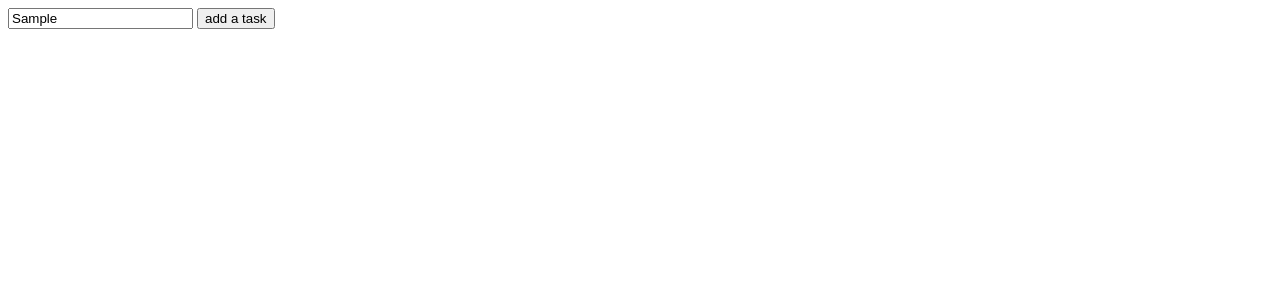
Repository: tanayburbure/Todo-application
Page: index.html
The author's editor kept a copy of each file at every save. The page is drawn from the files as they stood at one save, then again after the next save.
The browser window is 1280 px wide. The pictures show the whole page.
Empty fields were first filled with sample values (such as "Sample", 5 or name@example.com).
After loading, the first visible `button` was clicked once.

Above is the page before, as saved 2025-10-24 19:19:22.
Console error: ReferenceError: div is not defined

### index.html
<!DOCTYPE html>
<html lang="en">
<head>
    <meta charset="UTF-8">
    <meta name="viewport" content="width=device-width, initial-scale=1.0">
    <title>Document</title>
</head>
<body>
    <input type="text" placeholder="add task"/>
    <button onclick="addtodo()" >add a task</button>

    <script src="script.js"></script>
</body>
</html>

### script.js
// let ctr = 0;
// function callback(){
//     document.querySelectorAll("h4")[1].innerHTML = ctr;
//     const el = document.querySelectorAll("h4")[1];
//     el.innerHTML = ctr;
//     ctr = ctr + 1;
// }
// // setInterval(callback,1000)

// function deleterandometodo(){
//     const element = document.querySelector("h4");
//     const parentelement = element.parentElement;
//     parentelement.removeChild(element)
// }

// function addTodo(){
//     const divEL = document.createElement("div");
//     divEL.innerHTML = "Hiiiiiiiiiiiii thereeeeeeee";
//     const parentEL = document.querySelector("body");
//     parentEL.appendChild(divEL);
// }


// let ctr = 1


// function addtodo(){

//     const inputEL = document.querySelector("input")
//     const value = inputEL.value

//     const newDivEL = document.createElement("div")
//     newDivEL.setAttribute("id",ctr)
//     newDivEL.innerHTML = "<div>" + value + '</div><button onclick="deletetodo('+ ctr +')" >delete</button>';
//     document.querySelector("body").appendChild(newDivEL)
//     ctr = ctr + 1 ;
// }

// function deletetodo(index){
//     const element = document.getElementById(index);
//     element.parentNode.removeChild(element)
// }




// let ctr = 1;

// function addtodo(){
//     const inputEl = document.querySelector("input");
//     const value = inputEl.value;

//     const newDivEl = document.createElement("div")
//     newDivEl.setAttribute("id",ctr)
//     newDivEl.innerHTML = "div" + value + '</div> <button onclick="deletetodo('+ ctr +')"> delete </button>'
//     document.querySelector("body").appendChild(newDivEl)
// }

// function deletetodo(index){
//     const element = document.getElementById(index)
//     element.parentNode.removeChild(element)
// }


// let ctr = 0 ;
//  function addtodo(){
//     const inputEL = document.querySelector("input");
//     const value = inputEL.value;
//     const newDivEL= document.createElement("div");
//     newDivEL.setAttribute("id",ctr);
//     newDivEL.innerHTML = value + ' <button onclick="deletetodo('+ ctr +')" > delete</button>';
//     document.querySelector("body").appendChild(newDivEL);
//  }

//  function deletetodo(index){
//     const element = document.getElementById(index);
//     element.parentNode.removeChild(element);
//  }

function addtodo(){
   const value = document.querySelector("input").value;
   const spanEl = document.createElement("span");
   const buttonEl = document.createElement("button");
   spanEl.innerHTML = value;
   buttonEl.innerHTML = "Delete";
   ///
   const divEl = document.createElement("div");
   divEl.appendChild(spanEl);
   divEl.appendChild(buttonEl);
   ///
   document.querySelector("body").appendChild(div)
}

After the next save:
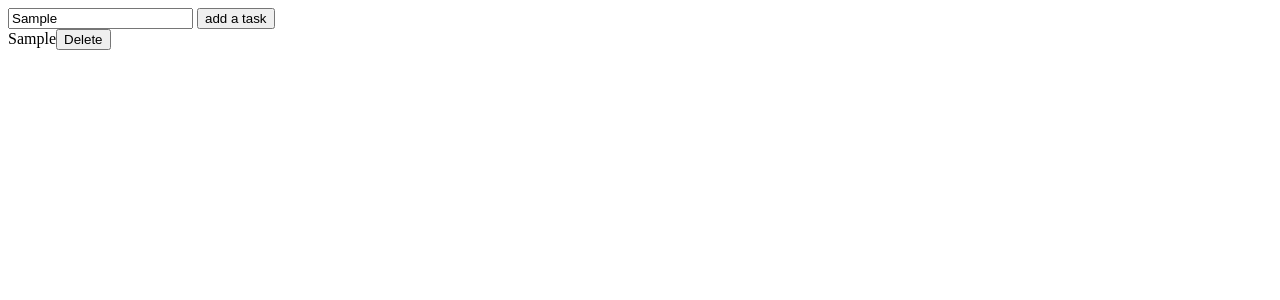
The error is gone.
Saved 6 s later.
--- a/script.js
+++ b/script.js
@@ -88,5 +88,5 @@ function addtodo(){
    divEl.appendChild(spanEl);
    divEl.appendChild(buttonEl);
    ///
-   document.querySelector("body").appendChild(div)
+   document.querySelector("body").appendChild(divEl)
 }
